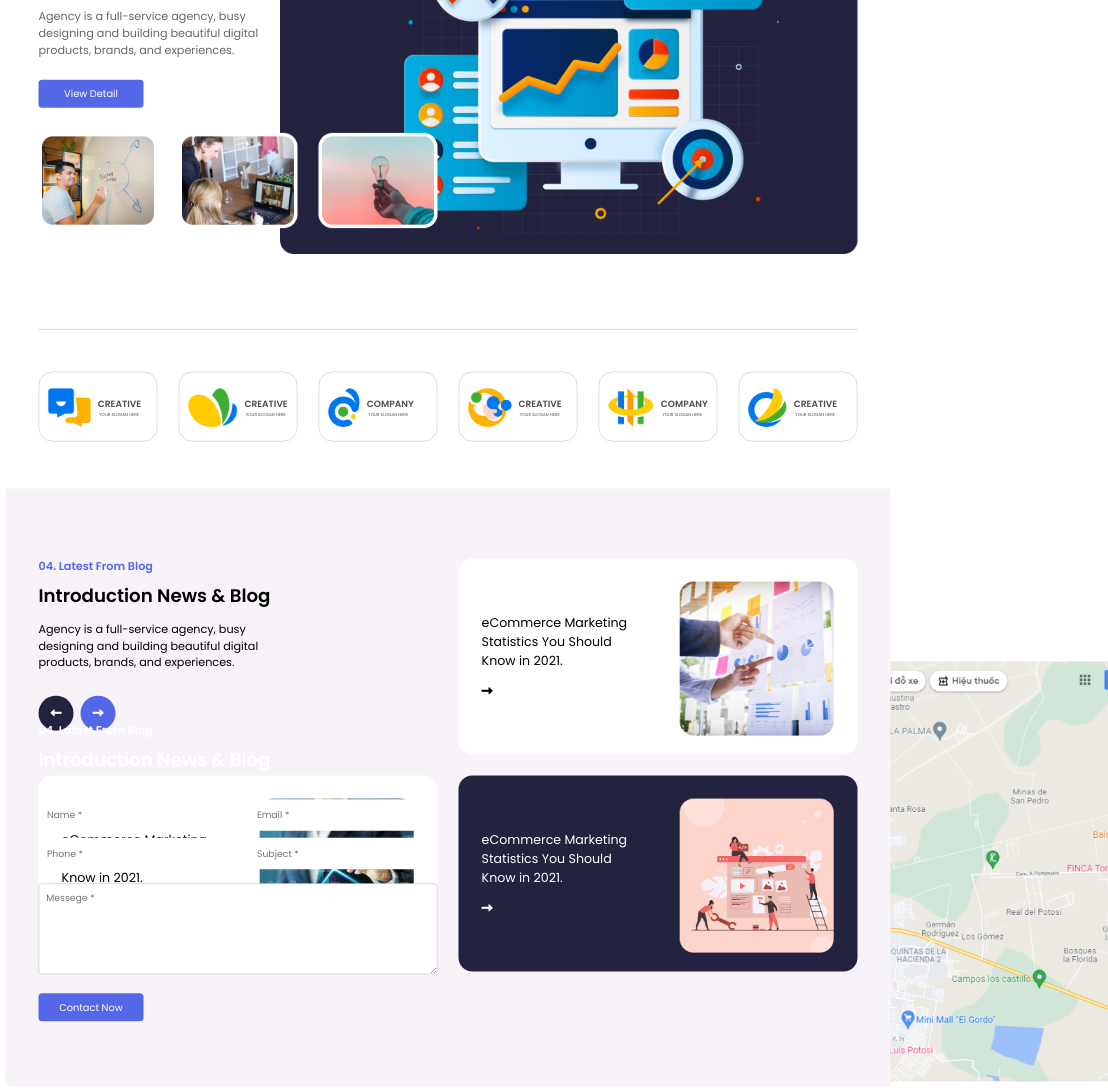
Repository: tranchi0120/LangdingPage-Htmlcss-Ago
Page: index.html
These files come from the project's save history. The page is drawn as it stood at one moment and after the next save; the edit follows.
The browser window is 1280 px wide. The page is 1583 px wide, then 1280 px, so the pictures cover 1583 px, including what lies to the right of the window. The pictures show the part of the page from y = 2797 to 4357 px (the page is 4357 px tall), at 70% of full size.
Some web libraries are served in a nearby version. The style sheet was rebuilt from its Sass, Less or Tailwind sources for each picture, by a compiler version that may differ from the author's.

Above is the page before, as saved 2022-07-15 10:30:12.

After the next save:
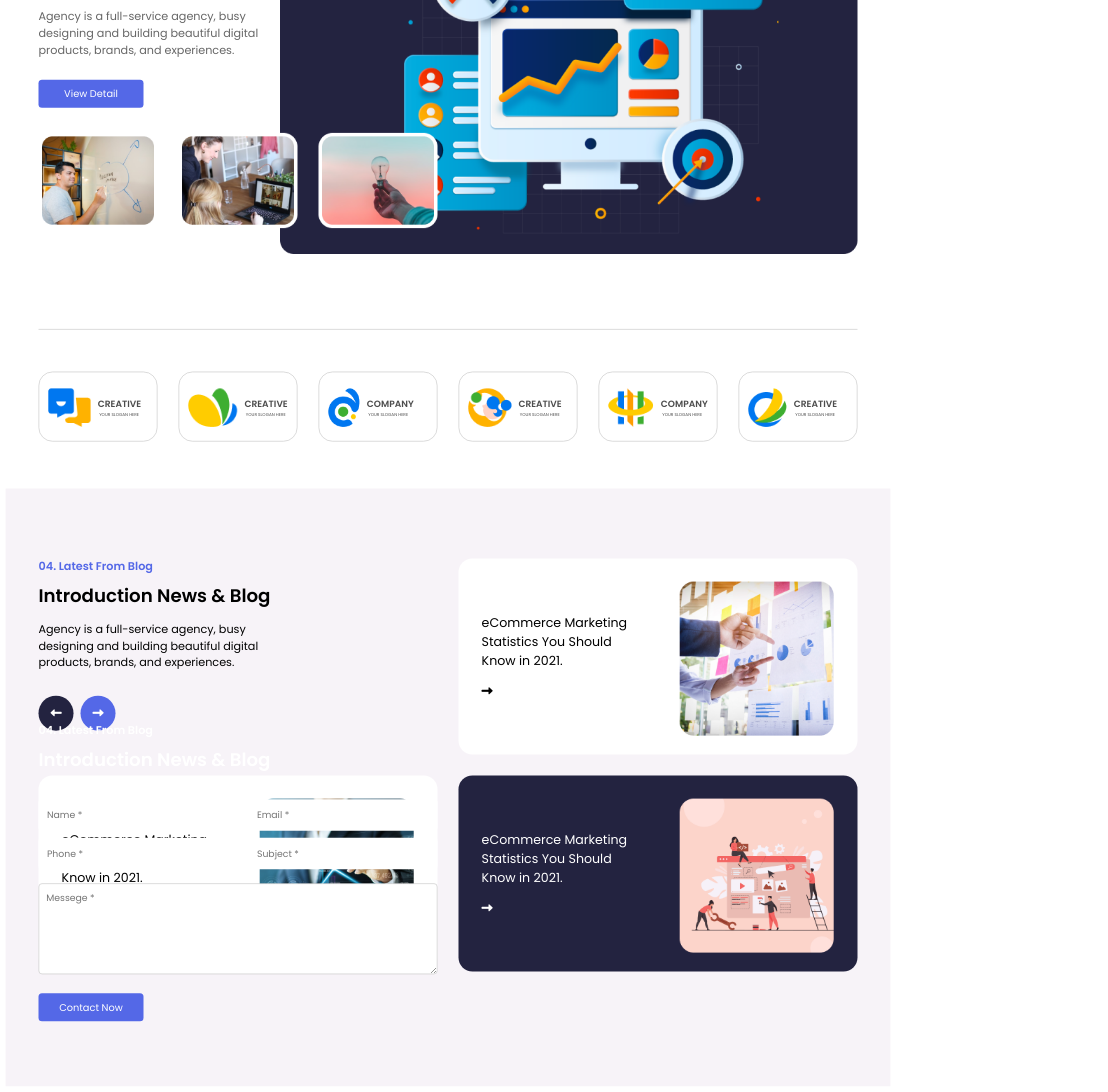
Saved 4 s later.
--- a/index.html
+++ b/index.html
@@ -375,7 +375,7 @@
                         </div>
                     </div>
                     <div class="contact-right">
-                        <img class="contact-right-img" src="./images/map.png" alt="#">
+                        <!-- <img class="contact-right-img" src="./images/map.png" alt="#"> -->
                     </div>
                 </div>
             </div>
